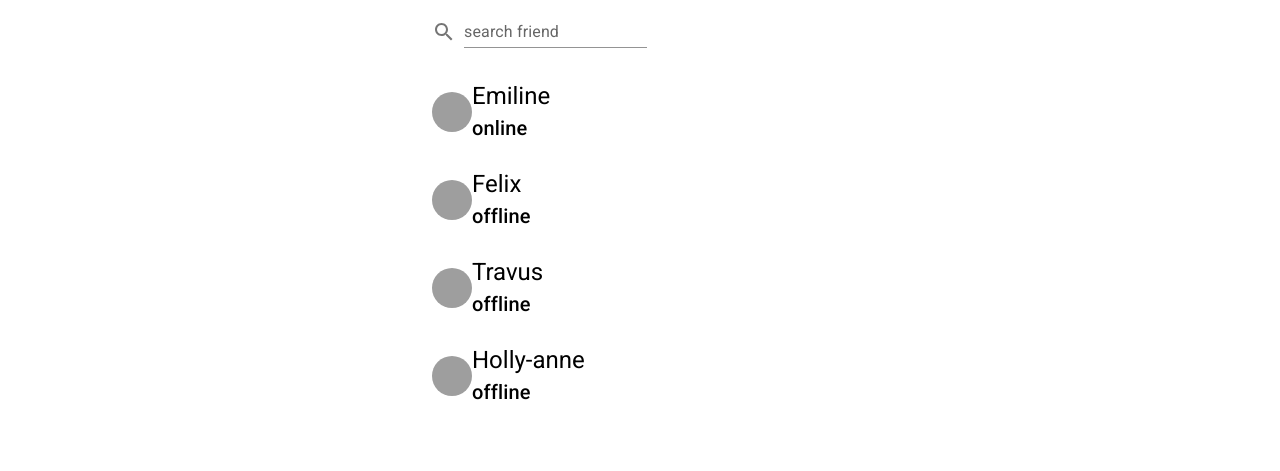
Repository: GokulDev4U/Immence_task
Page: /conversation
These files come from the project's save history. The page is drawn as it stood at one moment and after the next save; the edit follows.
The browser window is 1280 px wide. The pictures show the whole page.
Pictures or frames that could not be fetched are drawn as grey boxes. The project was rebuilt for these pictures with package versions that can differ from the ones it lists, and the page was loaded fresh each time. Also part of the build but not shown: src/App.css, src/components/SinglePost/SinglePost.jsx, src/components/Home/Home.jsx.

Above is the page before, as saved 2022-05-07 15:54:23.

### public/index.html
<!DOCTYPE html>
<html lang="en">
  <head>
    <meta charset="utf-8" />
    <link rel="icon" href="%PUBLIC_URL%/favicon.ico" />
    <meta name="viewport" content="width=device-width, initial-scale=1" />
    <meta name="theme-color" content="#000000" />
    <meta
      name="description"
      content="Web site created using create-react-app"
    />
    <link rel="apple-touch-icon" href="%PUBLIC_URL%/logo192.png" />
    <link
  rel="stylesheet"
  href="https://fonts.googleapis.com/css?family=Roboto:300,400,500,700&display=swap"
/>
<link
  rel="stylesheet"
  href="https://fonts.googleapis.com/icon?family=Material+Icons"
/>
    <!--
      manifest.json provides metadata used when your web app is installed on a
      user's mobile device or desktop. See https://developers.google.com/web/fundamentals/web-app-manifest/
    -->
    <link rel="manifest" href="%PUBLIC_URL%/manifest.json" />
    <!--
      Notice the use of %PUBLIC_URL% in the tags above.
      It will be replaced with the URL of the `public` folder during the build.
      Only files inside the `public` folder can be referenced from the HTML.

      Unlike "/favicon.ico" or "favicon.ico", "%PUBLIC_URL%/favicon.ico" will
      work correctly both with client-side routing and a non-root public URL.
      Learn how to configure a non-root public URL by running `npm run build`.
    -->
    <title>React App</title>
  </head>
  <body>
    <noscript>You need to enable JavaScript to run this app.</noscript>
    <div id="root"></div>
    <!--
      This HTML file is a template.
      If you open it directly in the browser, you will see an empty page.

      You can add webfonts, meta tags, or analytics to this file.
      The build step will place the bundled scripts into the <body> tag.

      To begin the development, run `npm start` or `yarn start`.
      To create a production bundle, use `npm run build` or `yarn build`.
    -->
  </body>
</html>

### src/App.js
import "./App.css";
import { BrowserRouter, Routes, Route } from "react-router-dom";
import Home from "./components/Home/Home";
import Conversation from "./components/Conversation/Conversation";

function App() {
  return (
    <div className="App">
      <BrowserRouter>
        <Routes>
          <Route path="/" element={<Home />} />
          <Route path="/conversation" element={<Conversation />} />
          {/* <Route path="/myProfile" element={<MyProfile />} /> */}
        </Routes>
      </BrowserRouter>
    </div>
  );
}

export default App;

### src/components/Conversation/Conversation.jsx
import React, { useState } from 'react';
import Grid from '@mui/material/Grid';
import Box from '@mui/material/Box';
import SearchIcon from '@mui/icons-material/Search';
import TextField from '@mui/material/TextField';
import { Users } from "../../data/userdata";
import ConversationList from '../ConversationList/ConversationList';

const Conversation = () => {
    const [query, setQuery] = useState("");
    return (
        <Box sx={{ flexGrow: 1 }}>
            <Grid container spacing={2}>
                <Grid item xs={4}></Grid>
                <Grid item xs={4}>
                    <Box sx={{ display: 'flex', alignItems: 'flex-end' }}>
                        <SearchIcon sx={{ color: 'action.active', mr: 1, my: 0.5 }} />
                        <TextField id="input-with-sx" label="search friend" variant="standard" onChange={(e) => setQuery(e.target.value.toLowerCase())} />
                    </Box>
                    <Box sx={{ marginTop: 4 }}>
                        {Users.filter((user) =>
                            user.name.toLowerCase().includes(query)
                        ).map((user) => (
                            <Box className="listItem" key={user.id}>
                                <ConversationList name={user.name} status={user.status} img={user.img} />
                            </Box>
                        ))}
                    </Box>
                </Grid>
                <Grid item xs={4}></Grid>
            </Grid>
        </Box>
    );
};

export default Conversation;

### src/data/userdata.js
export const Users = [
  {
    id: 1,
    img: "https://static.remove.bg/remove-bg-web/a8b5118d623a6b3f4b7813a78c686de384352145/assets/start_remove-c851bdf8d3127a24e2d137a55b1b427378cd17385b01aec6e59d5d4b5f39d2ec.png",
    name: "Emiline",
    status: "online",
  },
  {
    id: 2,
    img: "https://static.remove.bg/remove-bg-web/a8b5118d623a6b3f4b7813a78c686de384352145/assets/start_remove-c851bdf8d3127a24e2d137a55b1b427378cd17385b01aec6e59d5d4b5f39d2ec.png",
    name: "Felix",
    status: "offline",
  },
  {
    id: 3,
    img: "https://static.remove.bg/remove-bg-web/a8b5118d623a6b3f4b7813a78c686de384352145/assets/start_remove-c851bdf8d3127a24e2d137a55b1b427378cd17385b01aec6e59d5d4b5f39d2ec.png",
    name: "Travus",
    status: "offline",
  },
  {
    id: 4,
    img: "https://static.remove.bg/remove-bg-web/a8b5118d623a6b3f4b7813a78c686de384352145/assets/start_remove-c851bdf8d3127a24e2d137a55b1b427378cd17385b01aec6e59d5d4b5f39d2ec.png",
    name: "Holly-anne",
    status: "offline",
  },
];

### src/components/ConversationList/ConversationList.jsx
import React from 'react';
import Typography from '@mui/material/Typography';
import Avatar from '@mui/material/Avatar';
import Grid from '@mui/material/Grid';
import Box from '@mui/material/Box';
import { display } from '@mui/system';

const ConversationList = ({ name, status, img }) => {
    return (
        <Box sx={{ display: 'flex', alignItems: 'center', marginBottom: 3 }}>
            <Avatar alt="Img" src={img} />
            <Box>
                <Typography variant="h5">{name}</Typography>
                <Typography variant="h6">{status}</Typography>
            </Box>
        </Box>
    );
};

export default ConversationList;

Loaded but not shown: src/index.js (common file); src/index.css (common file); src/reportWebVitals.js (common file)

After the next save:
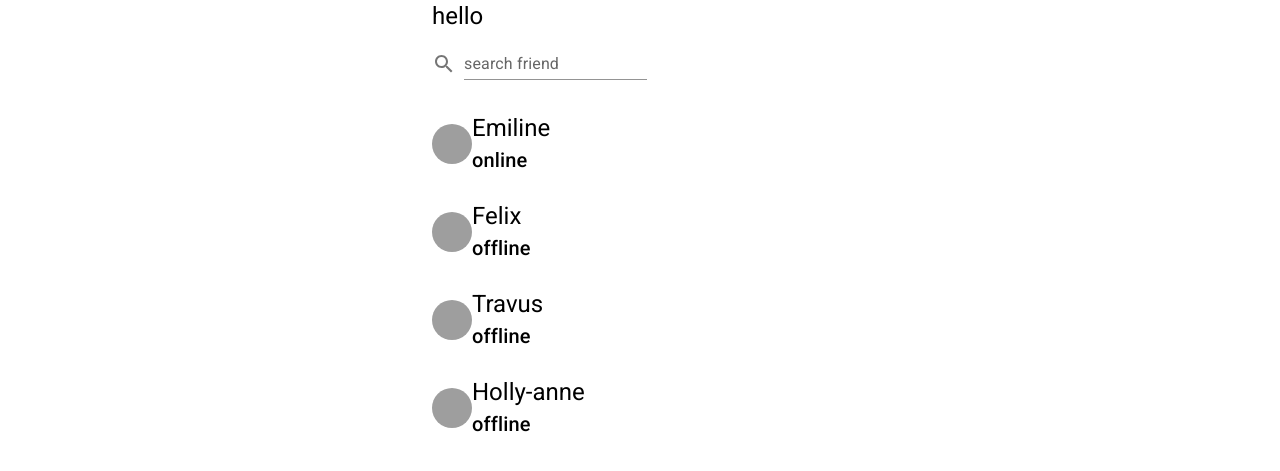
Saved 18 min 3 s later.
--- a/src/components/Conversation/Conversation.jsx
+++ b/src/components/Conversation/Conversation.jsx
@@ -5,6 +5,8 @@ import SearchIcon from '@mui/icons-material/Search';
 import TextField from '@mui/material/TextField';
 import { Users } from "../../data/userdata";
 import ConversationList from '../ConversationList/ConversationList';
+import Typography from '@mui/material/Typography';
+
 
 const Conversation = () => {
     const [query, setQuery] = useState("");
@@ -13,6 +15,7 @@ const Conversation = () => {
             <Grid container spacing={2}>
                 <Grid item xs={4}></Grid>
                 <Grid item xs={4}>
+                    <Typography variant="h5">hello</Typography>
                     <Box sx={{ display: 'flex', alignItems: 'flex-end' }}>
                         <SearchIcon sx={{ color: 'action.active', mr: 1, my: 0.5 }} />
                         <TextField id="input-with-sx" label="search friend" variant="standard" onChange={(e) => setQuery(e.target.value.toLowerCase())} />
